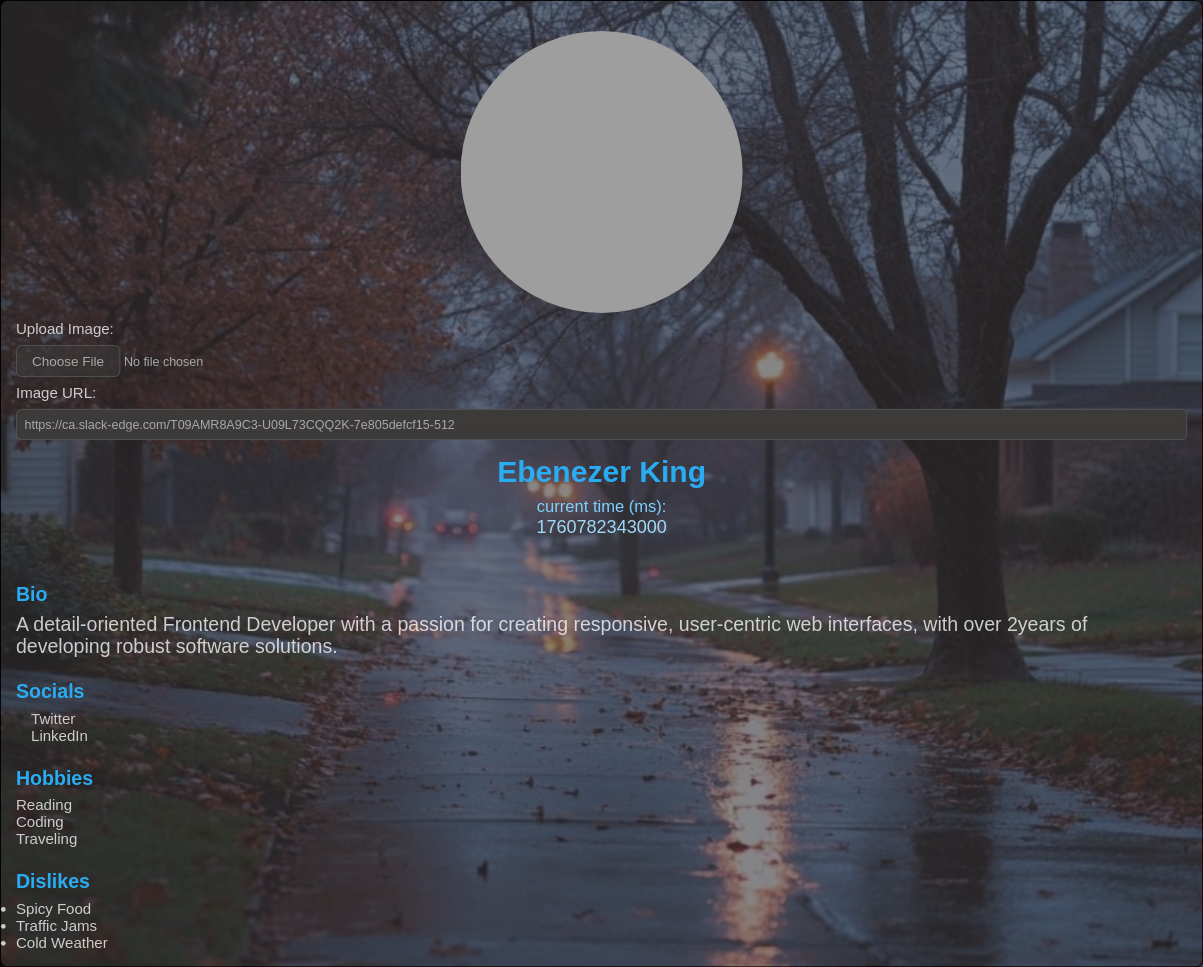
Repository: ebenezertiewei/profileCard
Page: index.html
These files come from the project's save history. The page is drawn as it stood at one moment and after a run of saves; the edit follows.
The browser window is 1280 px wide. The pictures show the whole page, at 94% of full size.
Pictures or frames that could not be fetched are drawn as grey boxes.

Above is the page before, as saved 2025-10-18 10:14:13.

After the next 3 saves:
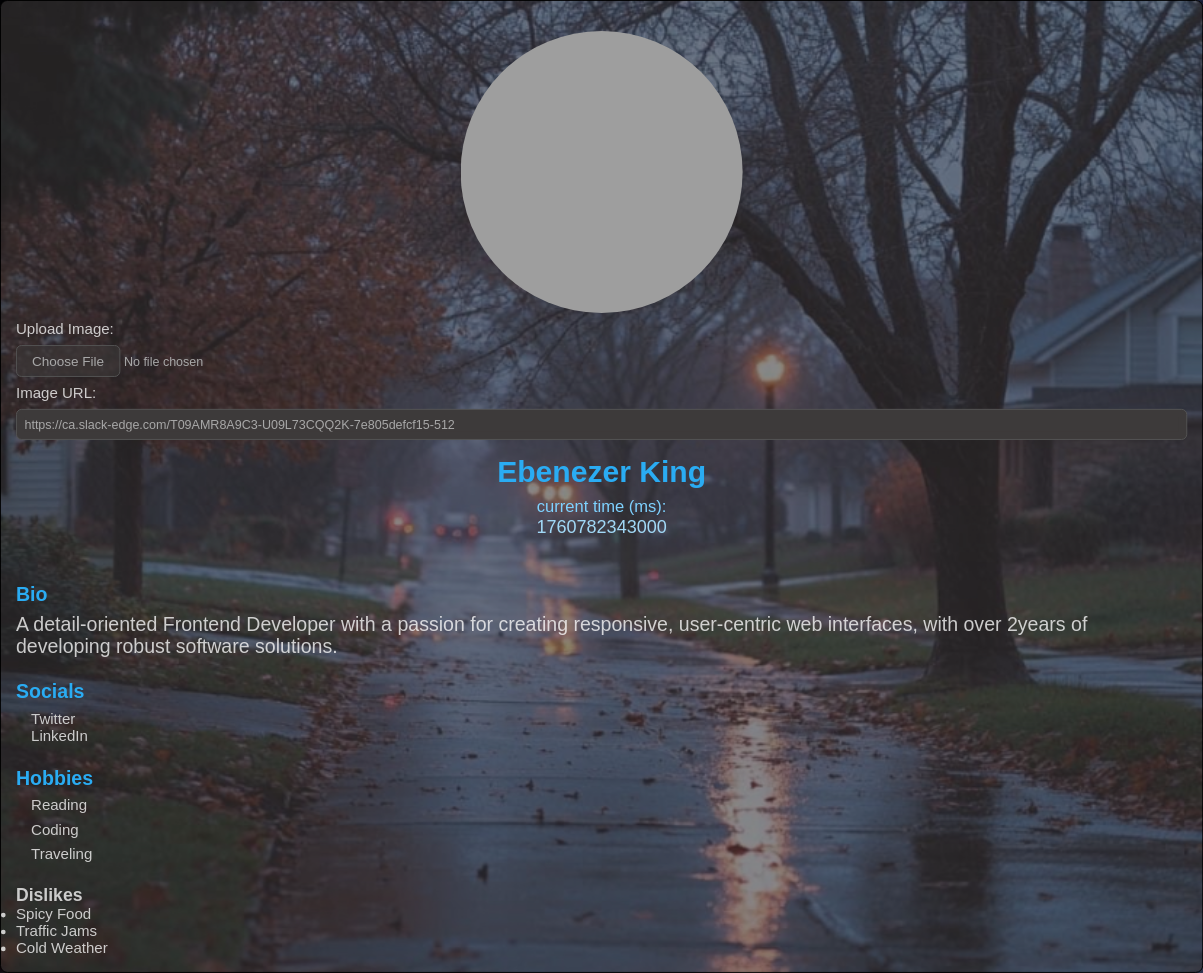
The 3 saves are shown as one change because they came seconds apart.
The last was saved 78 s later.
--- a/style.css
+++ b/style.css
@@ -180,6 +180,8 @@ article[data-testid="test-profile-card"] {
 	list-style: none;
 	margin-bottom: 1.5rem;
 }
+#profileDetails section[data-testid="test-user-hobbies"] li {
+	margin: 0.5rem 1rem;
 /* ------------------ dislikes --------------- */
 .dislikes-header {
 	display: flex;
